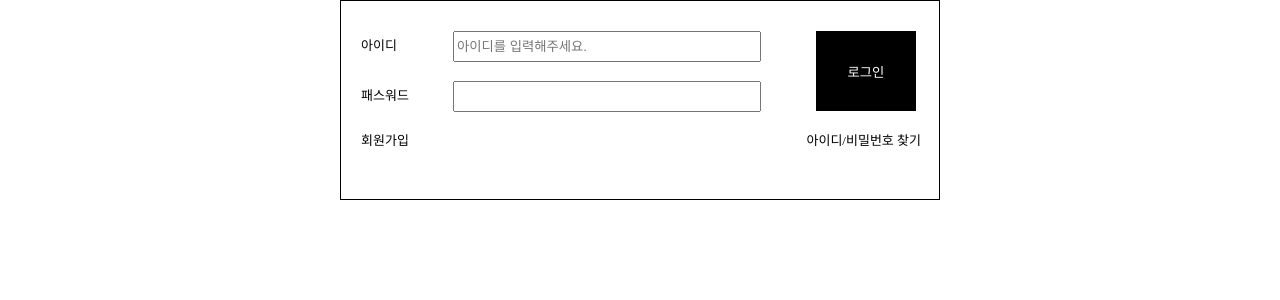
Repository: sagong0/servlet
Page: example/src/main/webapp/weblogin.html
These files come from the project's save history. The page is drawn as it stood at one moment and after the next save; the edit follows.
The browser window is 1280 px wide. The pictures show the whole page.

Above is the page before, as saved 2023-08-11 01:59:30.

After the next save:
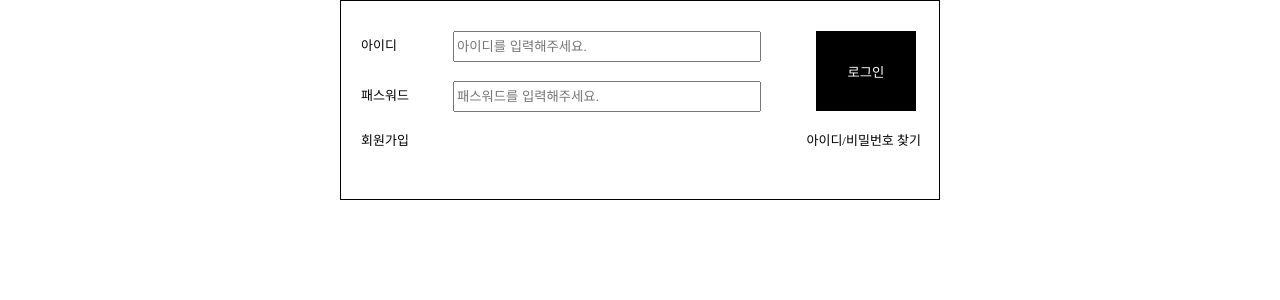
Saved 37 s later.
--- a/example/src/main/webapp/weblogin.html
+++ b/example/src/main/webapp/weblogin.html
@@ -13,7 +13,7 @@
 	<div class="login">
 	    <span class="left">
 	        <label>아이디<input type="text" id="mid" name="userid" placeholder="아이디를 입력해주세요."></label>
-	        <label>패스워드<input type="password" id="mpass" name="userpw"></label>
+	        <label>패스워드<input type="password" id="mpass" name="userpw" placeholder="패스워드를 입력해주세요."></label>
 	    </span>
 	    <span class="right">
 	        <input type="submit" value="로그인">
